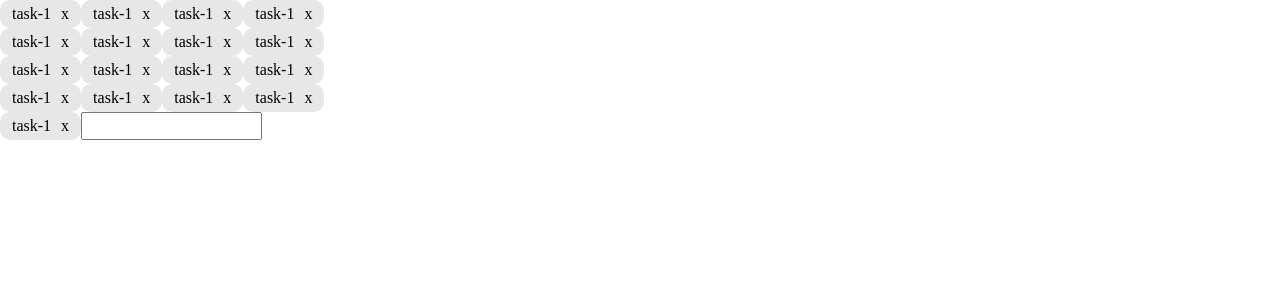
Repository: OkazakiTruong/selectOption
Page: /
The author's editor kept a copy of each file at every save. The page is drawn from the files as they stood at one save, then again after the next save.
The browser window is 1280 px wide. The pictures show the whole page.
The project was rebuilt for these pictures with package versions that can differ from the ones it lists, and the page was loaded fresh each time. Also part of the build but not shown: vite.config.js.

Above is the page before, as saved 2024-01-17 20:56:31.

After the next save:
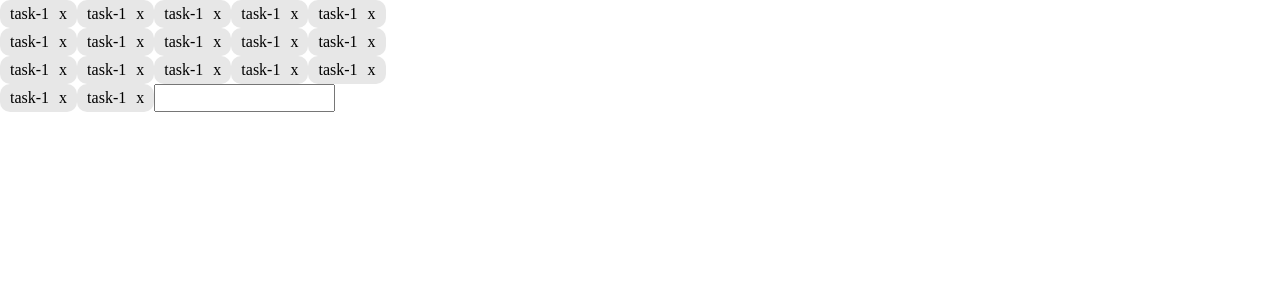
Saved 4 s later.
--- a/src/SelectBox/selectbox.css
+++ b/src/SelectBox/selectbox.css
@@ -4,7 +4,7 @@
   width: 400px;
 }
 .select-item {
-  padding: 5px 12px;
+  padding: 5px 10px;
   background-color: #e7e7e7;
   border-radius: 10px;
   display: flex;
